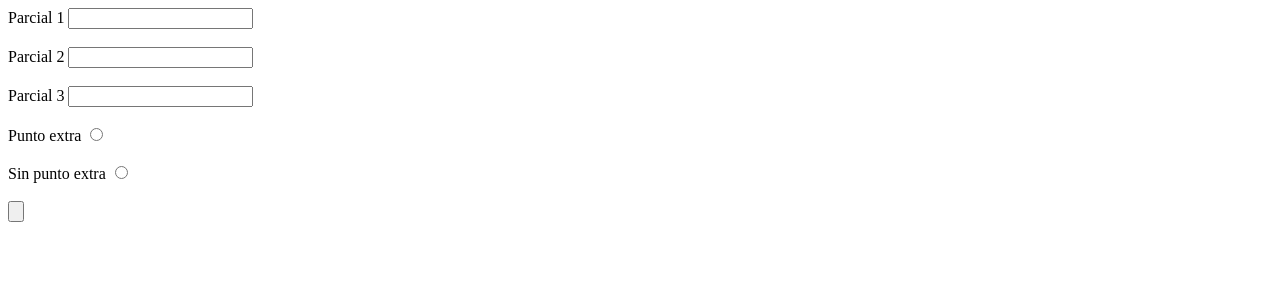
Repository: JoyMoGas/javascript-learn
Page: popo.html
These files come from the project's save history. The page is drawn as it stood at one moment and after the next save; the edit follows.
The browser window is 1280 px wide. The pictures show the whole page.

Above is the page before, as saved 2024-05-13 22:12:35.

After the next save:
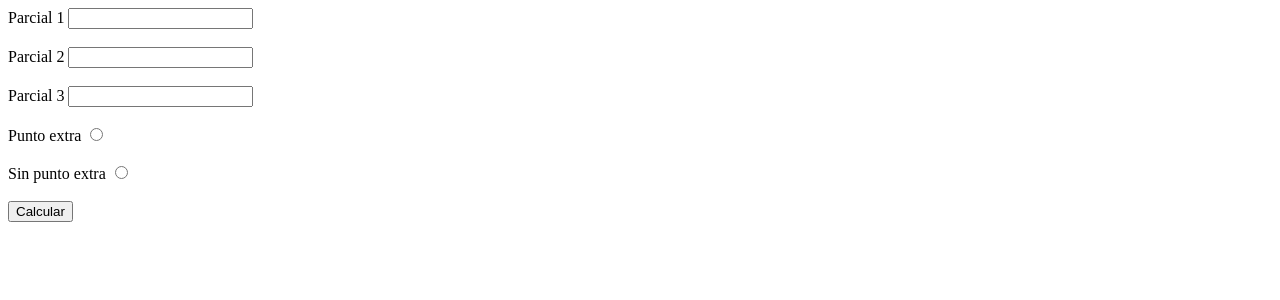
Saved 20 s later.
--- a/popo.html
+++ b/popo.html
@@ -23,7 +23,7 @@
       <input type="radio" name="sp" id="sinpunto">
       <br><br>
 
-      <input type="button" name="" id="">
+      <input type="button" name="calcular" value="Calcular">
     </from>
     <script src="popo.js"></script>
   </body>
